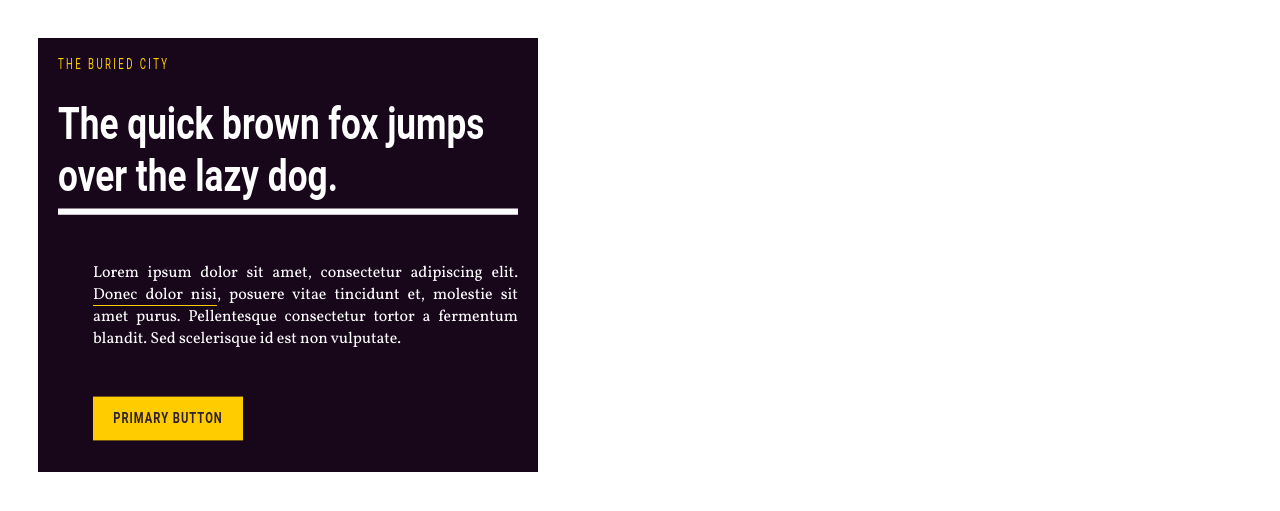
Repository: rafigabriel/TP2---Web-I
Page: ex03-css/index.html
An editor plug-in stored every save of this project. The page is shown before and after the next save, followed by the edit.
The browser window is 1280 px wide. The pictures show the whole page.

Above is the page before, as saved 2024-09-09 18:36:42.

After the next save:
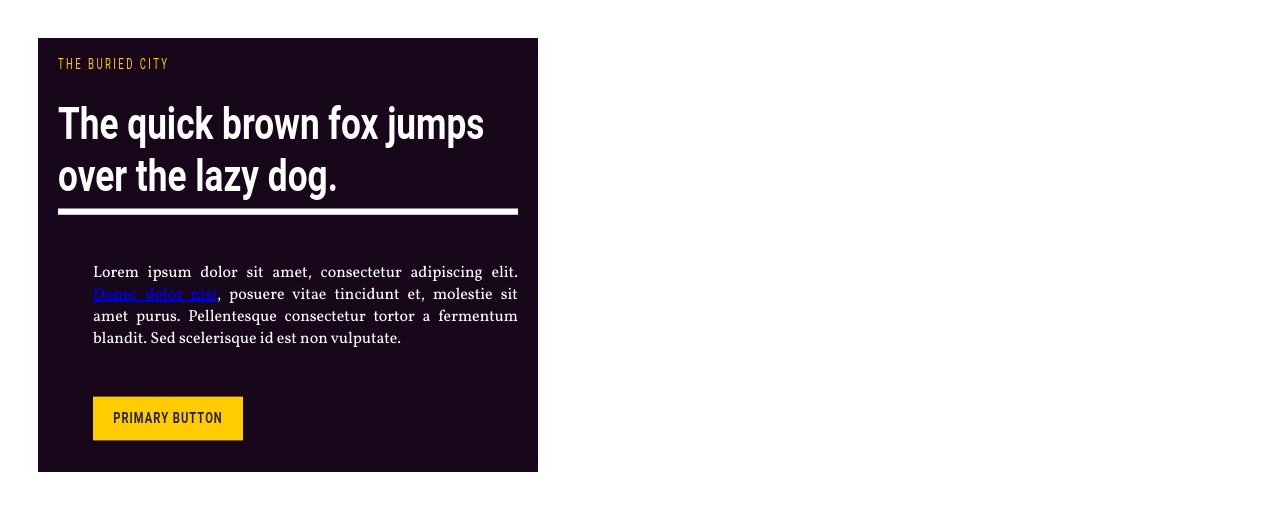
Saved 5 min 20 s later.
--- a/ex03-css/index.html
+++ b/ex03-css/index.html
@@ -22,7 +22,6 @@
             <p id="secao">The buried city</p>
             <h1>The quick brown fox jumps over the lazy dog.</h1>
             <p>Lorem ipsum dolor sit amet, consectetur adipiscing elit. <a
-                    id="link"
                     href="#">Donec dolor nisi</a>, posuere vitae tincidunt et,
                 molestie sit amet purus. Pellentesque consectetur tortor a
                 fermentum

After the save that followed:
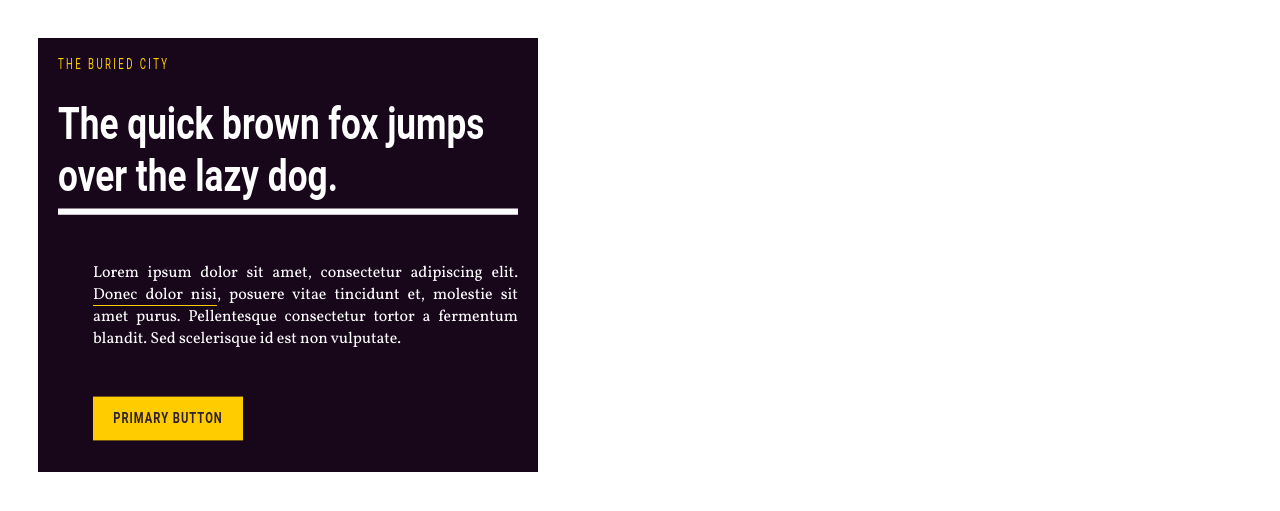
Saved 6 s later.
--- a/ex03-css/style.css
+++ b/ex03-css/style.css
@@ -46,7 +46,7 @@ p{
     transform: scale(1,1.5);
 }
 
-#link{
+a{
     font-family: "Vollkorn", serif;
     font-weight: 400;
     color: white;
